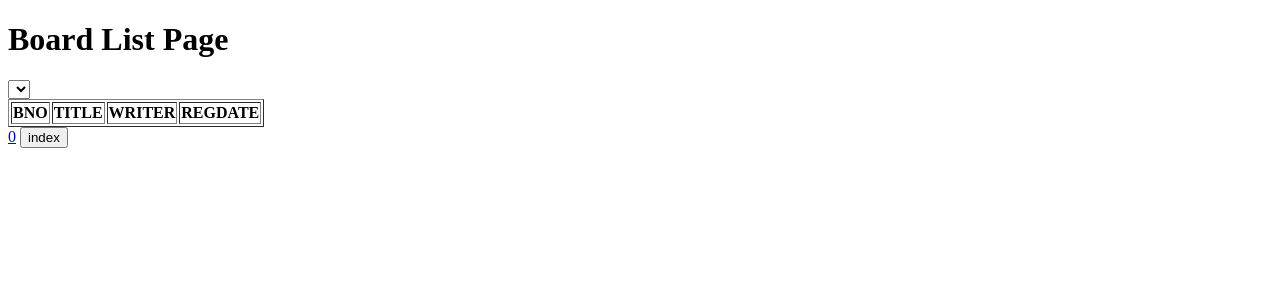
Repository: dfhdfhdfsza/myjsp
Page: http://localhost/_myjsp/brd/list
These files come from the project's save history. The page is drawn as it stood at one moment and after the next save; the edit follows.
The browser window is 1280 px wide. The pictures show the whole page.
The page is served by Tomcat 9. Queries for data that is not in the repository find no rows.

Above is the page before, as saved 2023-09-22 10:18:01.

After the next save:
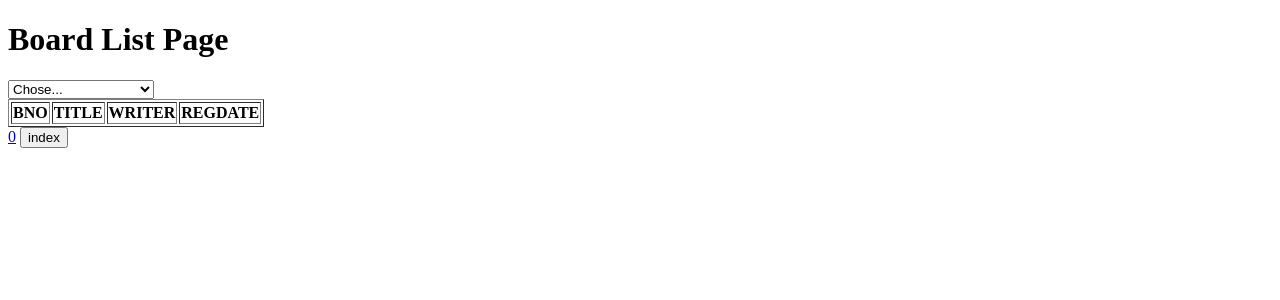
Saved 4 min 45 s later.
--- a/_myjsp/src/main/webapp/board/list.jsp
+++ b/_myjsp/src/main/webapp/board/list.jsp
@@ -14,6 +14,14 @@
 		<form action="/brd/pageList" method="get">
 			<c:set value="${ph.pgvo.type}" var="typed"></c:set>
 			<select name="type">
+				<option ${typed==null? 'selected':'' }>Chose...</option>
+				<option value="t" ${typed eq 't' ? 'selected':'' }>Title</option>
+				<option value="w" ${typed eq 't' ? 'selected':'' }>writer</option>
+				<option value="c" ${typed eq 't' ? 'selected':'' }>contents</option>
+				<option value="tw" ${typed eq 't' ? 'selected':'' }>Title+writer</option>
+				<option value="tc" ${typed eq 't' ? 'selected':'' }>Title+contents</option>
+				<option value="wc" ${typed eq 't' ? 'selected':'' }>writer+contents</option>
+				<option value="twc" ${typed eq 't' ? 'selected':'' }>Title+writer+contents</option>
 
 			</select>
 		</form>
